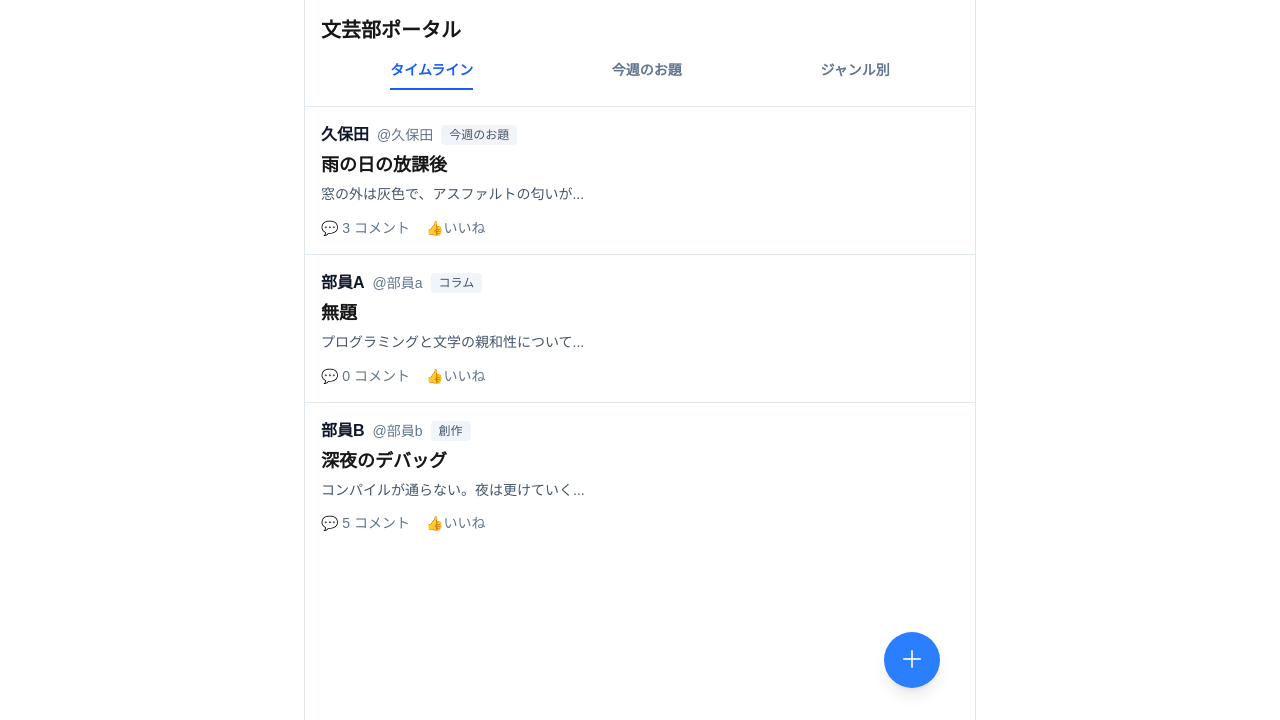
Repository: P-man2976/Literary-club-app
Page: /
An editor plug-in stored every save of this project. The page is shown before and after the next save, followed by the edit.
The browser window is 1280 px wide. The pictures show the whole page.
The project was rebuilt for these pictures with package versions that can differ from the ones it lists, and the page was loaded fresh each time. The framework's server and built-in components were replaced by stand-ins that run in the browser. Also part of the build but not shown: next.config.ts.

Above is the page before, as saved 2026-01-31 11:05:11.

### app/page.tsx
export default function Home() {
  // 仮の投稿データ（後でデータベースと繋ぎます）
  const posts = [
    { id: 1, author: "久保田", title: "雨の日の放課後", body: "窓の外は灰色で、アスファルトの匂いが...", comments: 3, tag: "今週のお題" },
    { id: 2, author: "部員A", title: "無題", body: "プログラミングと文学の親和性について...", comments: 0, tag: "コラム" },
    { id: 3, author: "部員B", title: "深夜のデバッグ", body: "コンパイルが通らない。夜は更けていく...", comments: 5, tag: "創作" },
  ];

  return (
    <main className="min-h-screen bg-white max-w-2xl mx-auto border-x border-slate-200">
      {/* ヘッダー */}
      <header className="sticky top-0 bg-white/80 backdrop-blur-md border-b border-slate-200 p-4">
        <h1 className="text-xl font-bold">文芸部ポータル</h1>
        {/* タブ切り替え（Twitter風） */}
        <div className="flex mt-4 justify-around text-sm font-bold text-slate-500">
          <div className="text-blue-600 border-b-2 border-blue-600 pb-2 cursor-pointer">タイムライン</div>
          <div className="hover:text-slate-900 cursor-pointer">今週のお題</div>
          <div className="hover:text-slate-900 cursor-pointer">ジャンル別</div>
        </div>
      </header>

      {/* 投稿一覧（タイムライン） */}
      <div className="divide-y divide-slate-200">
        {posts.map((post) => (
          <article key={post.id} className="p-4 hover:bg-slate-50 transition cursor-pointer">
            <div className="flex items-center gap-2 mb-1">
              <span className="font-bold text-slate-900">{post.author}</span>
              <span className="text-sm text-slate-500">@{post.author.toLowerCase()}</span>
              <span className="text-xs bg-slate-100 px-2 py-0.5 rounded text-slate-600">{post.tag}</span>
            </div>
            <h2 className="text-lg font-bold mb-1">{post.title}</h2>
            <p className="text-slate-600 line-clamp-3 text-sm leading-relaxed">
              {post.body}
            </p>
            <div className="mt-3 text-sm text-slate-500 flex gap-4">
              <span>💬 {post.comments} コメント</span>
              <span>👍いいね</span>
            </div>
          </article>
        ))}
      </div>

      {/* 投稿ボタン（右下に固定） */}
      <button className="fixed bottom-8 right-[calc(50%-300px)] w-14 h-14 bg-blue-500 text-white rounded-full shadow-lg flex items-center justify-center text-2xl hover:bg-blue-600">
        ＋
      </button>
    </main>
  );
}

Loaded but not shown: app/layout.tsx (common file); app/globals.css (common file)

After the next save:
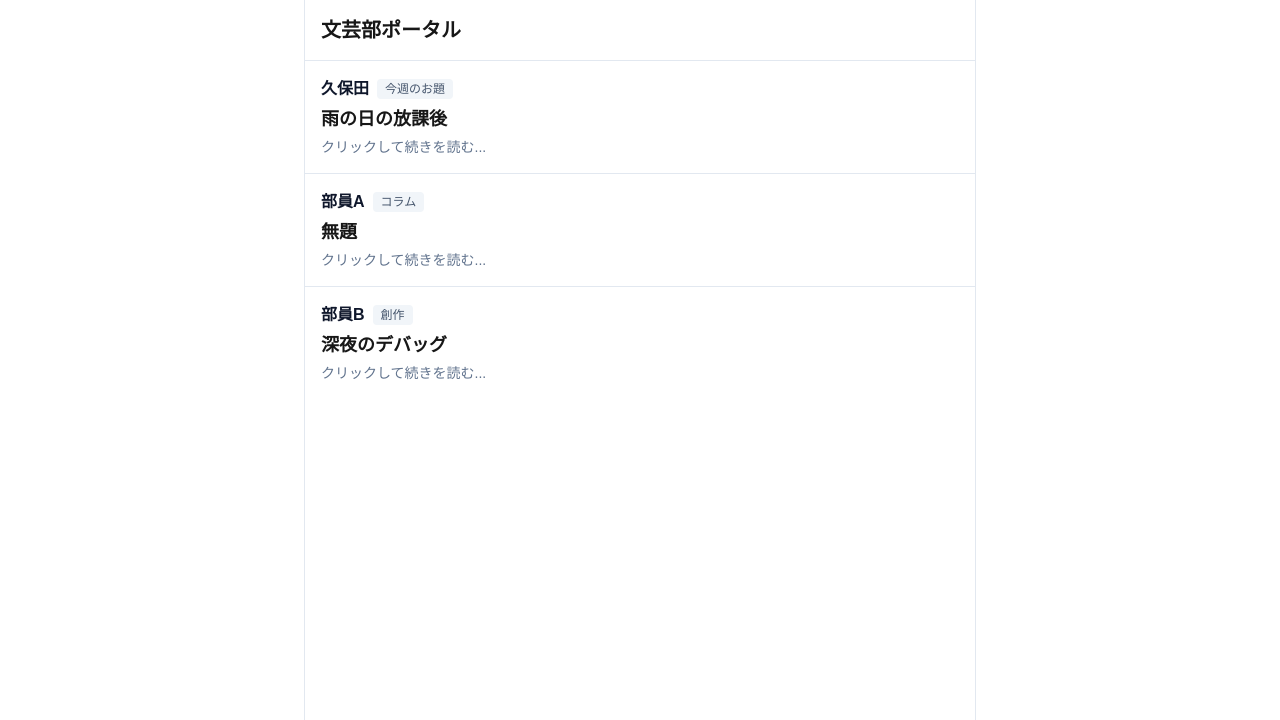
Saved 2 min 1 s later.
--- a/app/page.tsx
+++ b/app/page.tsx
@@ -1,49 +1,67 @@
+"use client"; // クライアントサイドでの動き（クリックなど）がある場合に必要です
+
+import { useState } from "react";
+
 export default function Home() {
-  // 仮の投稿データ（後でデータベースと繋ぎます）
+  // 現在開いている投稿のIDを記録する「State」
+  // nullなら何も開いていない、数字が入っていればそのIDの投稿が開いている
+  const [openPostId, setOpenPostId] = useState<number | null>(null);
+
   const posts = [
-    { id: 1, author: "久保田", title: "雨の日の放課後", body: "窓の外は灰色で、アスファルトの匂いが...", comments: 3, tag: "今週のお題" },
-    { id: 2, author: "部員A", title: "無題", body: "プログラミングと文学の親和性について...", comments: 0, tag: "コラム" },
-    { id: 3, author: "部員B", title: "深夜のデバッグ", body: "コンパイルが通らない。夜は更けていく...", comments: 5, tag: "創作" },
+    { id: 1, author: "久保田", title: "雨の日の放課後", body: "（ここに本文が入ります...）窓の外は灰色で、アスファルトの匂いが鼻を突く。部室には私一人しかいない。", comments: 3, tag: "今週のお題" },
+    { id: 2, author: "部員A", title: "無題", body: "（ここに本文が入ります...）プログラミングと文学の共通点は、どちらも「言語」を扱っている点にある。", comments: 0, tag: "コラム" },
+    { id: 3, author: "部員B", title: "深夜のデバッグ", body: "（ここに本文が入ります...）セミコロン一つで世界が止まる。私の人生もそんなものかもしれない。", comments: 5, tag: "創作" },
   ];
+
+  const togglePost = (id: number) => {
+    // すでに開いているIDをもう一度クリックしたら閉じる(nullにする)
+    setOpenPostId(openPostId === id ? null : id);
+  };
 
   return (
     <main className="min-h-screen bg-white max-w-2xl mx-auto border-x border-slate-200">
-      {/* ヘッダー */}
-      <header className="sticky top-0 bg-white/80 backdrop-blur-md border-b border-slate-200 p-4">
+      <header className="sticky top-0 bg-white/80 backdrop-blur-md border-b border-slate-200 p-4 z-10">
         <h1 className="text-xl font-bold">文芸部ポータル</h1>
-        {/* タブ切り替え（Twitter風） */}
-        <div className="flex mt-4 justify-around text-sm font-bold text-slate-500">
-          <div className="text-blue-600 border-b-2 border-blue-600 pb-2 cursor-pointer">タイムライン</div>
-          <div className="hover:text-slate-900 cursor-pointer">今週のお題</div>
-          <div className="hover:text-slate-900 cursor-pointer">ジャンル別</div>
-        </div>
       </header>
 
-      {/* 投稿一覧（タイムライン） */}
       <div className="divide-y divide-slate-200">
         {posts.map((post) => (
-          <article key={post.id} className="p-4 hover:bg-slate-50 transition cursor-pointer">
+          <article
+            key={post.id}
+            className="p-4 hover:bg-slate-50 transition cursor-pointer"
+            onClick={() => togglePost(post.id)}
+          >
             <div className="flex items-center gap-2 mb-1">
               <span className="font-bold text-slate-900">{post.author}</span>
-              <span className="text-sm text-slate-500">@{post.author.toLowerCase()}</span>
               <span className="text-xs bg-slate-100 px-2 py-0.5 rounded text-slate-600">{post.tag}</span>
             </div>
             <h2 className="text-lg font-bold mb-1">{post.title}</h2>
-            <p className="text-slate-600 line-clamp-3 text-sm leading-relaxed">
-              {post.body}
-            </p>
-            <div className="mt-3 text-sm text-slate-500 flex gap-4">
-              <span>💬 {post.comments} コメント</span>
-              <span>👍いいね</span>
-            </div>
+
+            {/* 🔽 Stateによって表示を切り替える部分 */}
+            {openPostId === post.id ? (
+              <div className="mt-4 p-4 bg-slate-100 rounded-lg border-l-4 border-blue-500 animate-in fade-in duration-300">
+                <p className="text-slate-800 whitespace-pre-wrap leading-relaxed">
+                  {post.body}
+                  {"\n\n"}(長い文章がここに流し込まれるイメージです...)
+                </p>
+                <div className="mt-4 pt-4 border-t border-slate-300">
+                  <p className="text-sm font-bold text-slate-500 mb-2">💬 コメント</p>
+                  <input
+                    type="text"
+                    placeholder="匿名でコメントする..."
+                    className="w-full p-2 text-sm border rounded"
+                    onClick={(e) => e.stopPropagation()} // 入力欄クリックで閉じないように
+                  />
+                </div>
+              </div>
+            ) : (
+              <p className="text-slate-500 line-clamp-1 text-sm">
+                クリックして続きを読む...
+              </p>
+            )}
           </article>
         ))}
       </div>
-
-      {/* 投稿ボタン（右下に固定） */}
-      <button className="fixed bottom-8 right-[calc(50%-300px)] w-14 h-14 bg-blue-500 text-white rounded-full shadow-lg flex items-center justify-center text-2xl hover:bg-blue-600">
-        ＋
-      </button>
     </main>
   );
 }

After the save that followed:
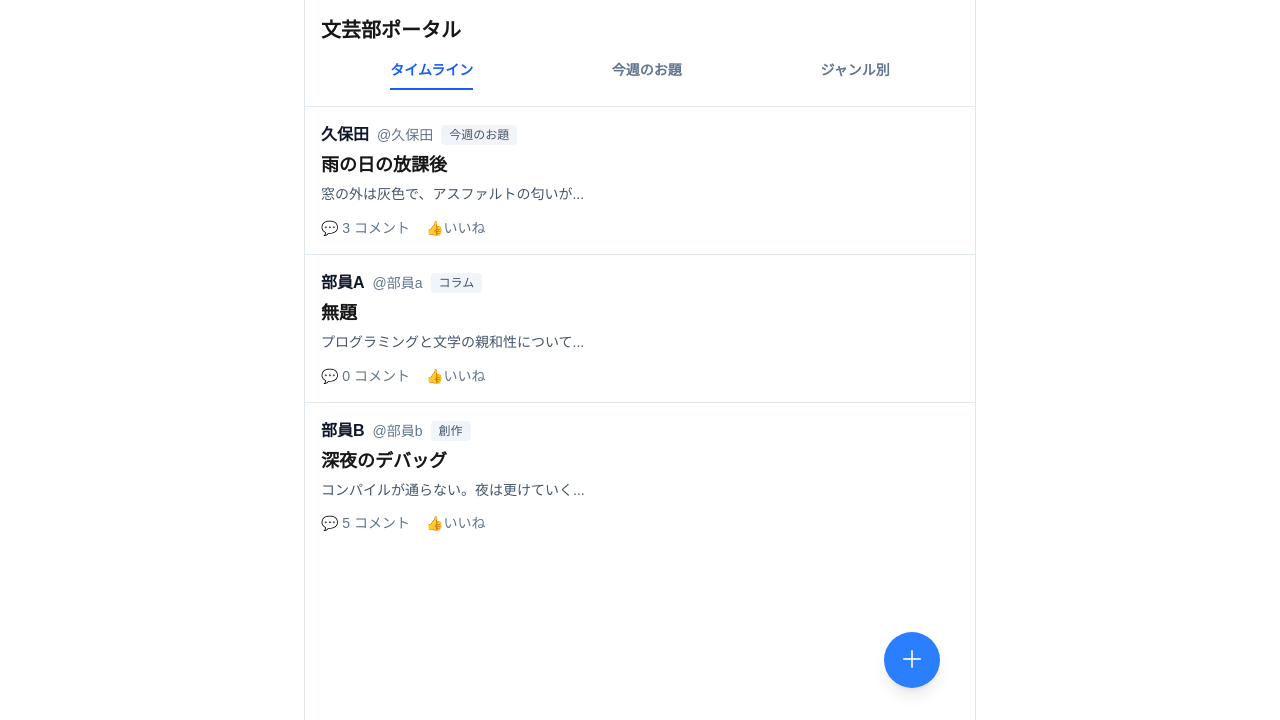
Saved 71 s later.
--- a/app/page.tsx
+++ b/app/page.tsx
@@ -1,67 +1,49 @@
-"use client"; // クライアントサイドでの動き（クリックなど）がある場合に必要です
-
-import { useState } from "react";
-
 export default function Home() {
-  // 現在開いている投稿のIDを記録する「State」
-  // nullなら何も開いていない、数字が入っていればそのIDの投稿が開いている
-  const [openPostId, setOpenPostId] = useState<number | null>(null);
-
+  // 仮の投稿データ（後でデータベースと繋ぎます）
   const posts = [
-    { id: 1, author: "久保田", title: "雨の日の放課後", body: "（ここに本文が入ります...）窓の外は灰色で、アスファルトの匂いが鼻を突く。部室には私一人しかいない。", comments: 3, tag: "今週のお題" },
-    { id: 2, author: "部員A", title: "無題", body: "（ここに本文が入ります...）プログラミングと文学の共通点は、どちらも「言語」を扱っている点にある。", comments: 0, tag: "コラム" },
-    { id: 3, author: "部員B", title: "深夜のデバッグ", body: "（ここに本文が入ります...）セミコロン一つで世界が止まる。私の人生もそんなものかもしれない。", comments: 5, tag: "創作" },
+    { id: 1, author: "久保田", title: "雨の日の放課後", body: "窓の外は灰色で、アスファルトの匂いが...", comments: 3, tag: "今週のお題" },
+    { id: 2, author: "部員A", title: "無題", body: "プログラミングと文学の親和性について...", comments: 0, tag: "コラム" },
+    { id: 3, author: "部員B", title: "深夜のデバッグ", body: "コンパイルが通らない。夜は更けていく...", comments: 5, tag: "創作" },
   ];
-
-  const togglePost = (id: number) => {
-    // すでに開いているIDをもう一度クリックしたら閉じる(nullにする)
-    setOpenPostId(openPostId === id ? null : id);
-  };
 
   return (
     <main className="min-h-screen bg-white max-w-2xl mx-auto border-x border-slate-200">
-      <header className="sticky top-0 bg-white/80 backdrop-blur-md border-b border-slate-200 p-4 z-10">
+      {/* ヘッダー */}
+      <header className="sticky top-0 bg-white/80 backdrop-blur-md border-b border-slate-200 p-4">
         <h1 className="text-xl font-bold">文芸部ポータル</h1>
+        {/* タブ切り替え（Twitter風） */}
+        <div className="flex mt-4 justify-around text-sm font-bold text-slate-500">
+          <div className="text-blue-600 border-b-2 border-blue-600 pb-2 cursor-pointer">タイムライン</div>
+          <div className="hover:text-slate-900 cursor-pointer">今週のお題</div>
+          <div className="hover:text-slate-900 cursor-pointer">ジャンル別</div>
+        </div>
       </header>
 
+      {/* 投稿一覧（タイムライン） */}
       <div className="divide-y divide-slate-200">
         {posts.map((post) => (
-          <article
-            key={post.id}
-            className="p-4 hover:bg-slate-50 transition cursor-pointer"
-            onClick={() => togglePost(post.id)}
-          >
+          <article key={post.id} className="p-4 hover:bg-slate-50 transition cursor-pointer">
             <div className="flex items-center gap-2 mb-1">
               <span className="font-bold text-slate-900">{post.author}</span>
+              <span className="text-sm text-slate-500">@{post.author.toLowerCase()}</span>
               <span className="text-xs bg-slate-100 px-2 py-0.5 rounded text-slate-600">{post.tag}</span>
             </div>
             <h2 className="text-lg font-bold mb-1">{post.title}</h2>
-
-            {/* 🔽 Stateによって表示を切り替える部分 */}
-            {openPostId === post.id ? (
-              <div className="mt-4 p-4 bg-slate-100 rounded-lg border-l-4 border-blue-500 animate-in fade-in duration-300">
-                <p className="text-slate-800 whitespace-pre-wrap leading-relaxed">
-                  {post.body}
-                  {"\n\n"}(長い文章がここに流し込まれるイメージです...)
-                </p>
-                <div className="mt-4 pt-4 border-t border-slate-300">
-                  <p className="text-sm font-bold text-slate-500 mb-2">💬 コメント</p>
-                  <input
-                    type="text"
-                    placeholder="匿名でコメントする..."
-                    className="w-full p-2 text-sm border rounded"
-                    onClick={(e) => e.stopPropagation()} // 入力欄クリックで閉じないように
-                  />
-                </div>
-              </div>
-            ) : (
-              <p className="text-slate-500 line-clamp-1 text-sm">
-                クリックして続きを読む...
-              </p>
-            )}
+            <p className="text-slate-600 line-clamp-3 text-sm leading-relaxed">
+              {post.body}
+            </p>
+            <div className="mt-3 text-sm text-slate-500 flex gap-4">
+              <span>💬 {post.comments} コメント</span>
+              <span>👍いいね</span>
+            </div>
           </article>
         ))}
       </div>
+
+      {/* 投稿ボタン（右下に固定） */}
+      <button className="fixed bottom-8 right-[calc(50%-300px)] w-14 h-14 bg-blue-500 text-white rounded-full shadow-lg flex items-center justify-center text-2xl hover:bg-blue-600">
+        ＋
+      </button>
     </main>
   );
 }
